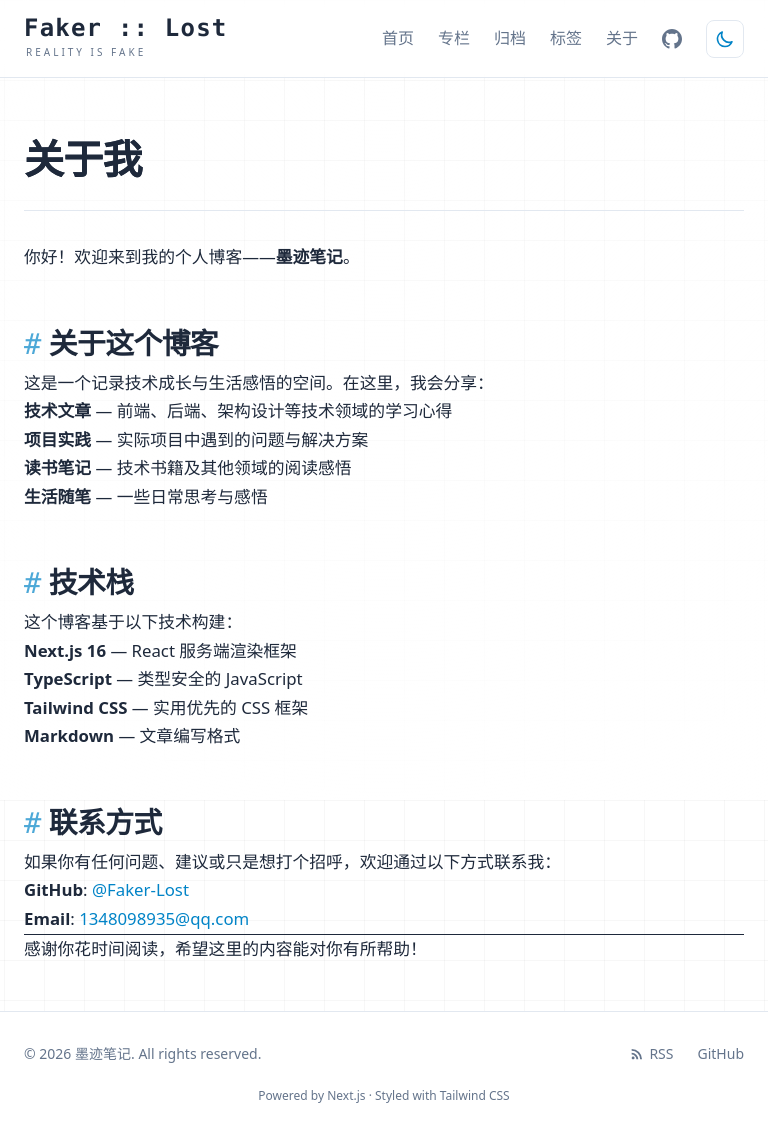
Repository: Faker-Lost/my-blog
Page: /about
These files come from the project's save history. The page is drawn as it stood at one moment and after the next save; the edit follows.
The browser window is 768 px wide. The pictures show the whole page.
The project was rebuilt for these pictures with package versions that can differ from the ones it lists, and the page was loaded fresh each time. The framework's server and built-in components were replaced by stand-ins that run in the browser. Also part of the build but not shown: next.config.ts.

Above is the page before, as saved 2026-02-10 14:41:37.

### app/layout.tsx
import type { Metadata } from "next";
import { Noto_Serif_SC } from "next/font/google";
import Header from "@/components/Header";
import Footer from "@/components/Footer";
import { SpeedInsights } from "@vercel/speed-insights/next";
import "./globals.css";

// 使用 Noto Serif SC 作为主字体，传统优雅风格
const notoSerifSC = Noto_Serif_SC({
  weight: ['400', '600', '700'],
  subsets: ['latin'],
  variable: '--font-noto-serif',
  display: 'swap',
});

export const metadata: Metadata = {
  title: {
    default: "Faker :: Lost",
    template: "%s | Faker :: Lost",
  },
  description: "Code is Reality. Reality is Fake. 技术探索与迷失记录。",
  keywords: ["Faker-Lost", "博客", "技术", "C++", "Qt", "OpenCV"],
  authors: [{ name: "Faker-Lost" }],
  openGraph: {
    type: "website",
    locale: "zh_CN",
    siteName: "Faker :: Lost",
  },
  verification: {
    other: {
      "baidu-site-verification": "codeva-wALds0TuPo",
    },
  },
};

export default function RootLayout({
  children,
}: Readonly<{
  children: React.ReactNode;
}>) {
  return (
    <html lang="zh-CN" suppressHydrationWarning>
      <head>
        {/* 防止 FOUC - 提前应用主题 */}
        <script
          dangerouslySetInnerHTML={{
            __html: `
              (function() {
                try {
                  var darkMode = localStorage.getItem('darkMode');
                  if (darkMode === 'true' || (!darkMode && window.matchMedia('(prefers-color-scheme: dark)').matches)) {
                    document.documentElement.classList.add('dark');
                  }
                } catch (e) {}
              })();
            `,
          }}
        />
      </head>
      <body className={`${notoSerifSC.variable} min-h-screen flex flex-col`}>
        <Header />
        <main className="flex-1">
          {children}
        </main>
        <Footer />
        <SpeedInsights />
      </body>
    </html>
  );
}

### app/about/page.tsx
import { Metadata } from 'next';

export const metadata: Metadata = {
  title: '关于',
  description: '了解更多关于我和这个博客的信息',
};

export default function AboutPage() {
  return (
    <div className="max-w-3xl mx-auto px-6 py-12 page-transition">
      <article className="prose">
        <h1>关于我</h1>

        <p>
          你好！欢迎来到我的个人博客——<strong>墨迹笔记</strong>。
        </p>

        <h2>关于这个博客</h2>

        <p>
          这是一个记录技术成长与生活感悟的空间。在这里，我会分享：
        </p>

        <ul>
          <li><strong>技术文章</strong> — 前端、后端、架构设计等技术领域的学习心得</li>
          <li><strong>项目实践</strong> — 实际项目中遇到的问题与解决方案</li>
          <li><strong>读书笔记</strong> — 技术书籍及其他领域的阅读感悟</li>
          <li><strong>生活随笔</strong> — 一些日常思考与感悟</li>
        </ul>

        <h2>技术栈</h2>

        <p>
          这个博客基于以下技术构建：
        </p>

        <ul>
          <li><strong>Next.js 16</strong> — React 服务端渲染框架</li>
          <li><strong>TypeScript</strong> — 类型安全的 JavaScript</li>
          <li><strong>Tailwind CSS</strong> — 实用优先的 CSS 框架</li>
          <li><strong>Markdown</strong> — 文章编写格式</li>
        </ul>

        <h2>联系方式</h2>

        <p>
          如果你有任何问题、建议或只是想打个招呼，欢迎通过以下方式联系我：
        </p>

        <ul>
          <li>
            <strong>GitHub</strong>:{' '}
            <a href="https://github.com/Faker-Lost" target="_blank" rel="noopener noreferrer">
              @Faker-Lost
            </a>
          </li>
          <li>
            <strong>Email</strong>: <a href="mailto:1348098935@qq.com">1348098935@qq.com</a>
          </li>
        </ul>

        <hr />

        <p>
          感谢你花时间阅读，希望这里的内容能对你有所帮助！
        </p>
      </article>
    </div>
  );
}

### components/Header.tsx
import Link from 'next/link';
import ThemeToggle from './ThemeToggle';
import GlitchText from './GlitchText';

export default function Header() {
  return (
    <header className="sticky top-0 z-50 border-b border-[var(--border)] bg-[var(--header-bg)] backdrop-blur-md supports-[backdrop-filter]:bg-opacity-60 transition-all duration-300">
      <div className="max-w-6xl mx-auto px-6 py-4 flex items-center justify-between">
        {/* Logo / 站点名称 */}
        <Link href="/" className="group flex flex-col items-start gap-1">
          <span
            className="text-2xl font-bold tracking-tighter text-[var(--foreground)]
                       group-hover:text-[var(--accent)] transition-colors leading-none font-mono"
          >
            <GlitchText text="Faker :: Lost" />
          </span>
          <span className="text-[10px] uppercase tracking-[0.3em] text-[var(--muted)] pl-0.5">
            REALITY IS FAKE
          </span>
        </Link>

        {/* 导航 */}
        <nav className="flex items-center gap-5 sm:gap-6">
          <Link
            href="/"
            className="text-[var(--muted)] hover:text-[var(--foreground)] transition-colors"
          >
            首页
          </Link>
          <Link
            href="/series"
            className="text-[var(--muted)] hover:text-[var(--foreground)] transition-colors"
          >
            专栏
          </Link>
          <Link
            href="/archive"
            className="text-[var(--muted)] hover:text-[var(--foreground)] transition-colors"
          >
            归档
          </Link>
          <Link
            href="/tags"
            className="text-[var(--muted)] hover:text-[var(--foreground)] transition-colors"
          >
            标签
          </Link>
          <Link
            href="/about"
            className="text-[var(--muted)] hover:text-[var(--foreground)] transition-colors"
          >
            关于
          </Link>
          <a
            href="https://github.com/Faker-Lost"
            target="_blank"
            rel="noopener noreferrer"
            className="text-[var(--muted)] hover:text-[var(--foreground)] transition-colors"
            aria-label="GitHub"
          >
            <svg className="w-5 h-5" fill="currentColor" viewBox="0 0 24 24">
              <path d="M12 0c-6.626 0-12 5.373-12 12 0 5.302 3.438 9.8 8.207 11.387.599.111.793-.261.793-.577v-2.234c-3.338.726-4.033-1.416-4.033-1.416-.546-1.387-1.333-1.756-1.333-1.756-1.089-.745.083-.729.083-.729 1.205.084 1.839 1.237 1.839 1.237 1.07 1.834 2.807 1.304 3.492.997.107-.775.418-1.305.762-1.604-2.665-.305-5.467-1.334-5.467-5.931 0-1.311.469-2.381 1.236-3.221-.124-.303-.535-1.524.117-3.176 0 0 1.008-.322 3.301 1.23.957-.266 1.983-.399 3.003-.404 1.02.005 2.047.138 3.006.404 2.291-1.552 3.297-1.23 3.297-1.23.653 1.653.242 2.874.118 3.176.77.84 1.235 1.911 1.235 3.221 0 4.609-2.807 5.624-5.479 5.921.43.372.823 1.102.823 2.222v3.293c0 .319.192.694.801.576 4.765-1.589 8.199-6.086 8.199-11.386 0-6.627-5.373-12-12-12z" />
            </svg>
          </a>
          <ThemeToggle />
        </nav>
      </div>
    </header>
  );
}

### components/Footer.tsx
import Link from 'next/link';

export default function Footer() {
  const currentYear = new Date().getFullYear();

  return (
    <footer className="border-t border-[var(--border)] bg-[var(--background)] mt-auto">
      <div className="max-w-4xl mx-auto px-6 py-8">
        <div className="flex flex-col md:flex-row items-center justify-between gap-4">
          {/* 版权信息 */}
          <p className="text-sm text-[var(--muted)]">
            © {currentYear} 墨迹笔记. All rights reserved.
          </p>

          {/* 链接 */}
          <div className="flex items-center gap-6 text-sm">
            <Link
              href="/rss.xml"
              className="text-[var(--muted)] hover:text-[var(--accent)] transition-colors flex items-center gap-1"
            >
              <svg className="w-4 h-4" fill="currentColor" viewBox="0 0 24 24">
                <path d="M6.18 15.64a2.18 2.18 0 0 1 2.18 2.18C8.36 19 7.38 20 6.18 20C5 20 4 19 4 17.82a2.18 2.18 0 0 1 2.18-2.18M4 4.44A15.56 15.56 0 0 1 19.56 20h-2.83A12.73 12.73 0 0 0 4 7.27V4.44m0 5.66a9.9 9.9 0 0 1 9.9 9.9h-2.83A7.07 7.07 0 0 0 4 12.93V10.1z"/>
              </svg>
              RSS
            </Link>
            <a
              href="https://github.com"
              target="_blank"
              rel="noopener noreferrer"
              className="text-[var(--muted)] hover:text-[var(--accent)] transition-colors"
            >
              GitHub
            </a>
          </div>
        </div>

        {/* 技术栈标识 */}
        <p className="text-center text-xs text-[var(--muted)] mt-6">
          Powered by Next.js · Styled with Tailwind CSS
        </p>
      </div>
    </footer>
  );
}

### app/globals.css
@import "tailwindcss";

:root {
  /* 浅色主题 - 现代极简 & 科技感 */
  --background: #ffffff;
  --foreground: #1e293b;
  /* Slate-800 */
  --accent: #0284c7;
  /* Sky-600 */
  --accent-glow: rgba(2, 132, 199, 0.4);
  --muted: #64748b;
  /* Slate-500 */
  --border: #e2e8f0;
  /* Slate-200 */
  --card: rgba(255, 255, 255, 0.8);
  /* 半透明白 */
  --header-bg: rgba(255, 255, 255, 0.75);
  --grid-color: rgba(0, 0, 0, 0.03);
  /* 浅色网格 */

  --font-sans: system-ui, -apple-system, BlinkMacSystemFont, 'Segoe UI', Roboto, 'Helvetica Neue', Arial, sans-serif;
  --font-mono: 'JetBrains Mono', 'Fira Code', Consolas, monospace;
}

@theme inline {
  --color-background: var(--background);
  --color-foreground: var(--foreground);
  --color-accent: var(--accent);
  --color-muted: var(--muted);
  --color-border: var(--border);
  --color-card: var(--card);
  --font-sans: var(--font-sans);
  --font-mono: var(--font-mono);
}

/* 暗黑主题 - 深邃午夜 & 赛博微光 */
.dark {
  --background: #09090b;
  /* Zinc-950 (接近纯黑但不死板) */
  --foreground: #e2e8f0;
  /* Slate-200 */
  --accent: #22d3ee;
  /* Cyan-400 (电光青) */
  --accent-glow: rgba(34, 211, 238, 0.3);
  --muted: #94a3b8;
  /* Slate-400 */
  --border: #27272a;
  /* Zinc-800 */
  --card: rgba(24, 24, 27, 0.6);
  /* 半透明黑 */
  --header-bg: rgba(9, 9, 11, 0.7);
  --grid-color: rgba(255, 255, 255, 0.03);
  /* 深色网格 */
}

body {
  background-color: var(--background);
  /* 背景网格纹理 - 增加空间感 */
  background-image:
    linear-gradient(var(--grid-color) 1px, transparent 1px),
    linear-gradient(90deg, var(--grid-color) 1px, transparent 1px);
  background-size: 40px 40px;
  background-position: center top;

  color: var(--foreground);
  font-family: var(--font-sans);
  line-height: 1.7;
  transition: background-color 0.3s ease, color 0.3s ease;
  min-height: 100vh;
}

/* 顶部增加一个渐变遮罩，让网格淡出 */
body::before {
  content: "";
  position: fixed;
  top: 0;
  left: 0;
  width: 100%;
  height: 100%;
  pointer-events: none;
  background: radial-gradient(circle at 50% 0%, transparent 0%, var(--background) 100%);
  z-index: -1;
}

/* 标题样式 - 结合黑客风与易读性 */
h1,
h2,
h3,
h4,
h5,
h6 {
  font-family: var(--font-mono);
  font-weight: 700;
  letter-spacing: -0.02em;
  color: var(--foreground);
}

/* Prose (文章内容) 深度定制 */
.prose {
  --tw-prose-body: var(--foreground);
  --tw-prose-headings: var(--foreground);
  --tw-prose-links: var(--accent);
  --tw-prose-code: var(--accent);
  --tw-prose-quotes: var(--muted);
  font-size: 1.05rem;
  max-width: none;
}

.prose h1 {
  font-size: 2.5rem;
  padding-bottom: 1rem;
  border-bottom: 1px solid var(--border);
  margin-bottom: 2rem;
  background: linear-gradient(to right, var(--foreground), var(--muted));
  -webkit-background-clip: text;
  background-clip: text;
  /* color: transparent;  有时会导致兼容问题，先保持实色或微调 */
  color: var(--foreground);
}

.prose h2 {
  font-size: 1.8rem;
  margin-top: 3rem;
  padding-left: 0;
  display: flex;
  align-items: center;
}

.prose h2::before {
  content: "#";
  color: var(--accent);
  margin-right: 0.5rem;
  font-weight: 400;
  opacity: 0.7;
}

.prose a {
  color: var(--accent);
  text-decoration: none;
  border-bottom: 1px solid transparent;
  transition: all 0.3s;
  background-image: linear-gradient(var(--accent), var(--accent));
  background-position: 0% 100%;
  background-repeat: no-repeat;
  background-size: 0% 2px;
}

.prose a:hover {
  background-size: 100% 2px;
  color: var(--accent);
  text-shadow: 0 0 8px var(--accent-glow);
}

.prose blockquote {
  border-left: 3px solid var(--accent);
  background: var(--card);
  /* 这里的 card 是半透明的 */
  backdrop-filter: blur(4px);
  padding: 1rem 1.5rem;
  border-radius: 0 8px 8px 0;
  margin: 2rem 0;
}

/* 极客风格代码块 */
.prose pre {
  background: #0f172a;
  /* 统一深色背景，无论日夜 */
  border: 1px solid #1e293b;
  border-radius: 8px;
  box-shadow: 0 4px 6px -1px rgba(0, 0, 0, 0.1), 0 2px 4px -1px rgba(0, 0, 0, 0.06);
  margin: 2rem 0;
}

/* 行内代码 */
.prose :not(pre)>code {
  background: rgba(125, 211, 252, 0.1);
  /* 浅蓝透明底 */
  color: var(--accent);
  font-family: var(--font-mono);
  padding: 0.2rem 0.4rem;
  border-radius: 4px;
  border: 1px solid rgba(125, 211, 252, 0.2);
}

/* 图片样式 - 悬浮效果 */
.prose img {
  border-radius: 8px;
  border: 1px solid var(--border);
  transition: transform 0.3s ease, box-shadow 0.3s ease;
}

.prose img:hover {
  transform: scale(1.01);
  box-shadow: 0 10px 30px -10px rgba(0, 0, 0, 0.3);
}

/* 滚动条 - 极简 */
::-webkit-scrollbar {
  width: 6px;
  height: 6px;
}

::-webkit-scrollbar-thumb {
  background: var(--border);
  border-radius: 3px;
}

::-webkit-scrollbar-thumb:hover {
  background: var(--accent);
}

/* 页面过渡 */
.page-transition {
  animation: fadeUp 0.5s cubic-bezier(0.2, 0.8, 0.2, 1);
}

@keyframes fadeUp {
  from {
    opacity: 0;
    transform: translateY(20px);
  }

  to {
    opacity: 1;
    transform: translateY(0);
  }
}

/* Glitch Effect - 复用之前的，微调可见性 */
.glitch-wrapper {
  position: relative;
  display: inline-block;
  vertical-align: bottom;
  /* 对齐微调 */
}

.glitch {
  position: relative;
  color: var(--foreground);
  mix-blend-mode: normal;
}

.glitch:before,
.glitch:after {
  content: attr(data-text);
  position: absolute;
  top: 0;
  left: 0;
  width: 100%;
  height: 100%;
  background: var(--background);
  /* 重要：遮挡原字 */
}

.group:hover .glitch:before {
  color: #0ff;
  z-index: 2;
  opacity: 1;
  animation: glitch-anim-1 0.3s infinite linear alternate-reverse;
}

.group:hover .glitch:after {
  color: #f0f;
  z-index: 1;
  opacity: 1;
  animation: glitch-anim-2 0.3s infinite linear alternate-reverse;
}

/* Keyframes for Glitch (Compact) */
@keyframes glitch-anim-1 {
  0% {
    clip-path: inset(20% 0 80% 0);
    transform: translate(-2px, 1px);
  }

  20% {
    clip-path: inset(60% 0 10% 0);
    transform: translate(2px, -1px);
  }

  40% {
    clip-path: inset(40% 0 50% 0);
    transform: translate(-2px, 2px);
  }

  60% {
    clip-path: inset(80% 0 5% 0);
    transform: translate(2px, -2px);
  }

  80% {
    clip-path: inset(10% 0 70% 0);
    transform: translate(-1px, 1px);
  }

  100% {
    clip-path: inset(30% 0 20% 0);
    transform: translate(1px, -1px);
  }
}

@keyframes glitch-anim-2 {
  0% {
    clip-path: inset(15% 0 60% 0);
    transform: translate(2px, 1px);
  }

  20% {
    clip-path: inset(50% 0 30% 0);
    transform: translate(-2px, -1px);
  }

  40% {
    clip-path: inset(20% 0 70% 0);
    transform: translate(2px, 2px);
  }

  60% {
    clip-path: inset(70% 0 10% 0);
    transform: translate(-2px, -2px);
  }

  80% {
    clip-path: inset(10% 0 40% 0);
    transform: translate(1px, 1px);
  }

  100% {
    clip-path: inset(40% 0 20% 0);
    transform: translate(-1px, -1px);
  }
}

### components/ThemeToggle.tsx
'use client';

import { useEffect, useState } from 'react';

export default function ThemeToggle() {
  const [darkMode, setDarkMode] = useState(false);
  const [mounted, setMounted] = useState(false);

  useEffect(() => {
    setMounted(true);
    // 检查本地存储或系统偏好
    const stored = localStorage.getItem('darkMode');
    if (stored !== null) {
      setDarkMode(stored === 'true');
    } else {
      setDarkMode(window.matchMedia('(prefers-color-scheme: dark)').matches);
    }
  }, []);

  useEffect(() => {
    if (mounted) {
      if (darkMode) {
        document.documentElement.classList.add('dark');
      } else {
        document.documentElement.classList.remove('dark');
      }
      localStorage.setItem('darkMode', String(darkMode));
    }
  }, [darkMode, mounted]);

  // 防止 hydration 不匹配
  if (!mounted) {
    return (
      <button
        className="p-2 rounded-lg bg-[var(--card)] border border-[var(--border)]"
        aria-label="切换主题"
      >
        <span className="w-5 h-5 block" />
      </button>
    );
  }

  return (
    <button
      onClick={() => setDarkMode(!darkMode)}
      className="p-2 rounded-lg bg-[var(--card)] border border-[var(--border)]
                 hover:border-[var(--accent)] transition-colors"
      aria-label={darkMode ? '切换到浅色模式' : '切换到暗黑模式'}
    >
      {darkMode ? (
        // 太阳图标
        <svg
          className="w-5 h-5 text-[var(--accent)]"
          fill="none"
          stroke="currentColor"
          viewBox="0 0 24 24"
        >
          <path
            strokeLinecap="round"
            strokeLinejoin="round"
            strokeWidth={2}
            d="M12 3v1m0 16v1m9-9h-1M4 12H3m15.364 6.364l-.707-.707M6.343 6.343l-.707-.707m12.728 0l-.707.707M6.343 17.657l-.707.707M16 12a4 4 0 11-8 0 4 4 0 018 0z"
          />
        </svg>
      ) : (
        // 月亮图标
        <svg
          className="w-5 h-5 text-[var(--accent)]"
          fill="none"
          stroke="currentColor"
          viewBox="0 0 24 24"
        >
          <path
            strokeLinecap="round"
            strokeLinejoin="round"
            strokeWidth={2}
            d="M20.354 15.354A9 9 0 018.646 3.646 9.003 9.003 0 0012 21a9.003 9.003 0 008.354-5.646z"
          />
        </svg>
      )}
    </button>
  );
}

### components/GlitchText.tsx
import React from 'react';

interface GlitchTextProps {
  text: string;
  className?: string; // Allow additional styling
}

export default function GlitchText({ text, className = '' }: GlitchTextProps) {
  return (
    <div className={`glitch-wrapper ${className}`}>
      <div
        className="glitch relative font-bold tracking-wider"
        data-text={text}
      >
        {text}
      </div>
    </div>
  );
}

After the next save:
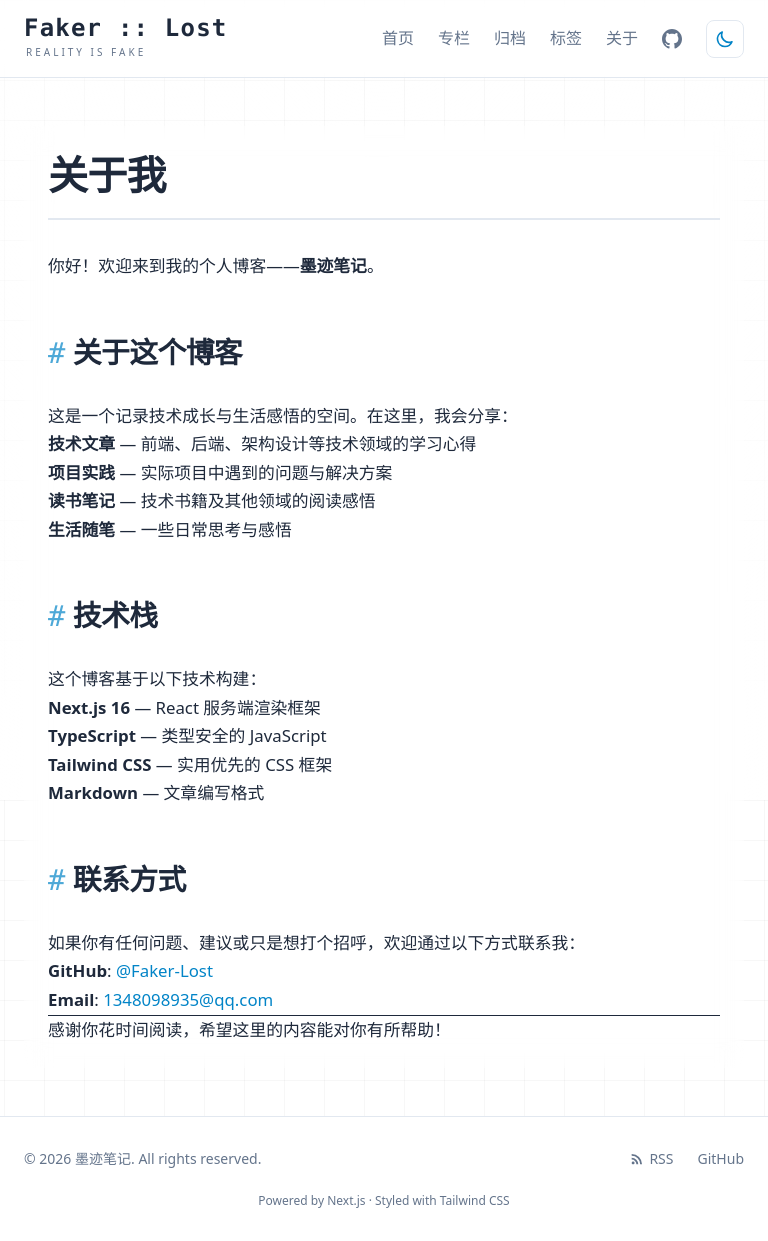
Saved 2 min 2 s later.
--- a/app/globals.css
+++ b/app/globals.css
@@ -102,28 +102,52 @@ h6 {
   --tw-prose-links: var(--accent);
   --tw-prose-code: var(--accent);
   --tw-prose-quotes: var(--muted);
+
   font-size: 1.05rem;
   max-width: none;
+
+  /* 给文章内容加一个舒适的阅读容器背景 */
+  background: var(--card);
+  /* 半透明背景 */
+  backdrop-filter: blur(12px);
+  /* 强模糊，消除网格干扰 */
+  border: 1px solid var(--border);
+  border-radius: 12px;
+  padding: 2.5rem 3rem;
+  /* 增加内边距，像一本书 */
+  box-shadow: 0 4px 20px -5px rgba(0, 0, 0, 0.05);
+}
+
+/* 移动端适配 */
+@media (max-width: 768px) {
+  .prose {
+    padding: 1.5rem;
+    border-radius: 0;
+    border: none;
+    background: transparent;
+    /* 移动端去掉卡片，增加可视面积 */
+    box-shadow: none;
+  }
 }
 
 .prose h1 {
   font-size: 2.5rem;
   padding-bottom: 1rem;
-  border-bottom: 1px solid var(--border);
+  border-bottom: 2px solid var(--border);
   margin-bottom: 2rem;
-  background: linear-gradient(to right, var(--foreground), var(--muted));
-  -webkit-background-clip: text;
-  background-clip: text;
-  /* color: transparent;  有时会导致兼容问题，先保持实色或微调 */
-  color: var(--foreground);
+  margin-top: 0;
+  /* 消除顶部多余间距 */
+  line-height: 1.3;
 }
 
 .prose h2 {
   font-size: 1.8rem;
   margin-top: 3rem;
+  margin-bottom: 1.5rem;
   padding-left: 0;
   display: flex;
   align-items: center;
+  position: relative;
 }
 
 .prose h2::before {
